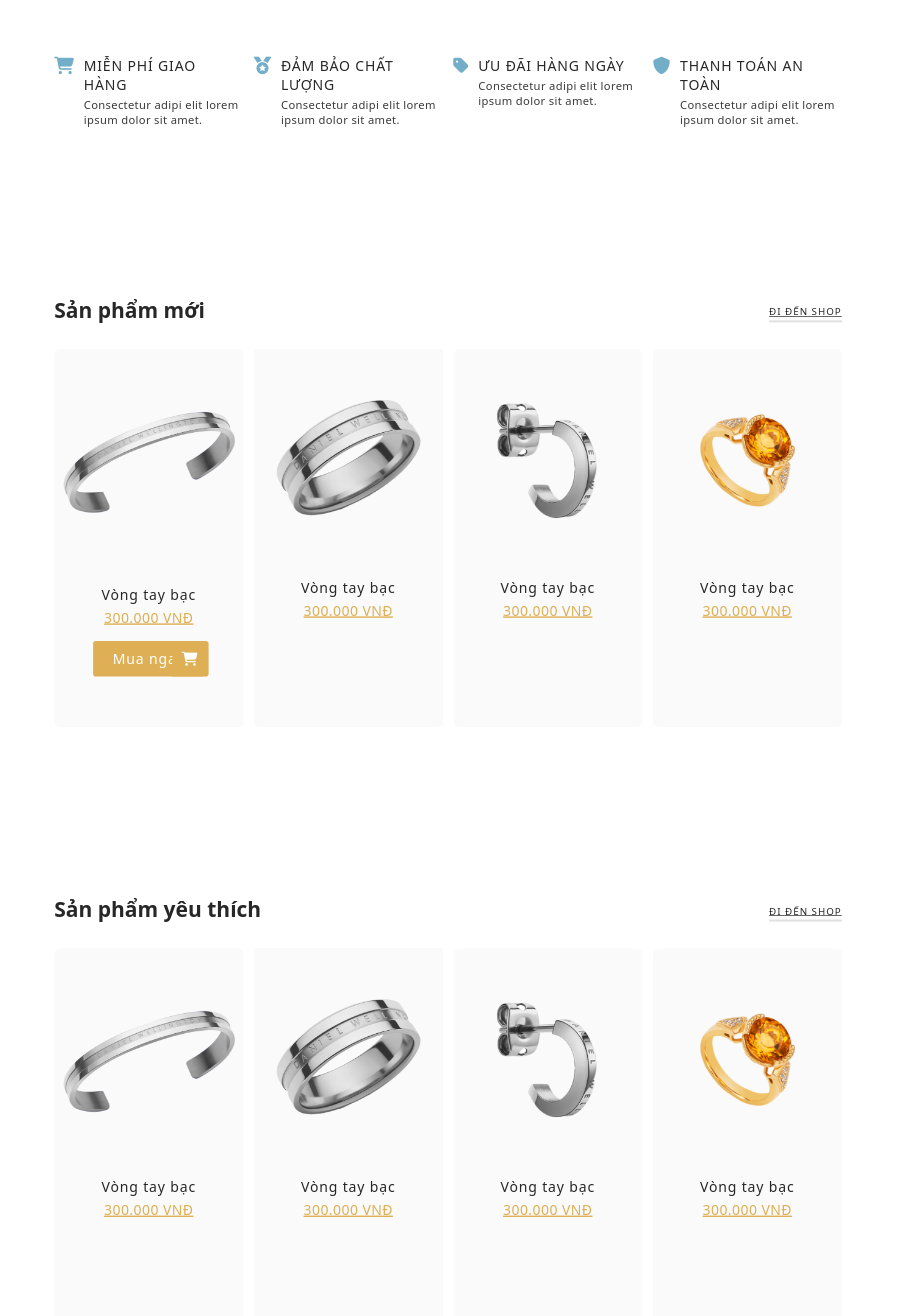
Repository: CangNgo/shoptrangsuc.github.io
Page: index.html
The author's editor kept a copy of each file at every save. The page is drawn from the files as they stood at one save, then again after a run of saves.
The browser window is 1280 px wide. The page is 1288 px wide, so the pictures cover 1288 px, including what lies to the right of the window. The pictures show the part of the page from y = 762 to 2642 px (the page is 5591 px tall), at 70% of full size.

Above is the page before, as saved 2024-01-11 18:16:40.

### index.html
<!DOCTYPE html>
<html lang="en">

<head>
    <meta charset="UTF-8">
    <meta name="viewport" content="width=device-width, initial-scale=1.0">
    <link rel="stylesheet" href="asset/css/style.css">
    <link rel="stylesheet" href="asset/css/layout.css">
    <link rel="stylesheet" href="asset/fontawesome-free-6.2.1-web/fontawesome-free-6.2.1-web/css/all.min.css">
    <link href="https://cdn.jsdelivr.net/npm/bootstrap@5.3.2/dist/css/bootstrap.min.css" rel="stylesheet" integrity="sha384-T3c6CoIi6uLrA9TneNEoa7RxnatzjcDSCmG1MXxSR1GAsXEV/Dwwykc2MPK8M2HN" crossorigin="anonymous">

    <title>Serein shop trang sức</title>
</head>

<body>
    <main>
        <header>
            <div class="grid wide">
                <div class="header__main">
                    <div class="logo">
                        <img src="asset/img/logo.png" alt="">
                    </div>
                    <div class="nav">
                        <div class="navbar">
                            <ul>
                                <li><a href="#">Home</a></li>
                                <li><a href="shop.html">Shop</a></li>
                                <li><a href="#">About</a></li>
                                <li><a href="#">Blogs</a></li>
                                <li><a href="#">Contact</a></li>
                            </ul>
                        </div>
                        <div class="right__icons">
                            <div class="right__icon-item">
                                <i class="fa-solid fa-magnifying-glass"></i>
                            </div>
                            <div class="right__icon-item">
                                <i class="fa-solid fa-user"></i>
                            </div>
                            <div class="right__icon-item">
                                <i class="fa-solid fa-cart-shopping"></i>
                                <span>(0)</span>
                            </div>
                        </div>
                    </div>
                </div>
            </div>
        </header>
        <div class="banner">
            <div class="grid wide">
                <div class="row">
                    <div class="col l-6">
                        <div class="banner__left">
                            <h3>Bộ sưu tập</h3>
                            <h2>Dấu ấn</h2>
                            <span>Mỗi chúng ta là một cá thể độc nhất trên thế giới, vậy nên, hãy thoải mái sáng tạo
                                theo cách riêng của bạn. Dù ở bất kỳ phiên bản nào, Serein Jewelry luôn đồng hành cùng
                                bạn ghi lại “DẤU ẤN” riêng bạn.</span>
                        </div>
                    </div>
                    <div class="col l-6 ">
                        <div class="banner__right">
                            <div class="banner__right-btn">
                                <i class="fa-solid fa-chevron-left"></i>
                            </div>
                            <div class="banner-right-img">
                                <img src="asset/img/vong-bac-banner.png" alt="">
                            </div>
                            <div class="banner__right-btn">
                                <i class="fa-solid fa-chevron-right"></i>
                            </div>
                        </div>
                    </div>
                </div>
                <div class="row banner__bottom">
                    <div class="col l-6">
                        <form class="banner-bottom-left">
                            <button type="submit" name="">Mua ngay</button>
                        </form>
                    </div>
                    <div class="col l-6">
                        <div class="banner-bottom-right">
                            <div class="banner-bottom-color">
                                <div class="banner-bottom-color-item gold"></div>
                                <div class="banner-bottom-color-item white"></div>
                            </div>
                            <div class="banner-bottom-play">
                                <i class="fa-solid fa-circle-play"></i>
                            </div>
                        </div>
                    </div>
                </div>
            </div>
        </div>
        <section class="features container">
            <div class="grid wide">
                <div class="row">
                    <div class="col l-3">
                        <div class="features-item">
                            <div class="features-icon">
                                <i class="fa-solid fa-cart-shopping"></i>
                            </div>
                            <div class="feeatures-items">
                                <h4>Miễn phí giao hàng</h4>
                                <span>Consectetur adipi elit lorem ipsum dolor sit amet.</span>
                            </div>
                        </div>
                    </div>
                    <div class="col l-3">
                        <div class="features-item">
                            <div class="features-icon">
                                <i class="fa-solid fa-medal"></i>
                            </div>
                            <div class="feeatures-items">
                                <h4>Đảm bảo chất lượng</h4>
                                <span>Consectetur adipi elit lorem ipsum dolor sit amet.</span>
                            </div>
                        </div>
                    </div>
                    <div class="col l-3">
                        <div class="features-item">
                            <div class="features-icon">
                                <i class="fa-solid fa-tag"></i>
                            </div>
                            <div class="feeatures-items">
                                <h4>Ưu đãi hàng ngày</h4>
                                <span>Consectetur adipi elit lorem ipsum dolor sit amet.</span>
                            </div>
                        </div>
                    </div>
                    <div class="col l-3">
                        <div class="features-item">
                            <div class="features-icon">
                                <i class="fa-solid fa-shield"></i>
                            </div>
                            <div class="feeatures-items">
                                <h4>Thanh toán an toàn</h4>
                                <span>Consectetur adipi elit lorem ipsum dolor sit amet.</span>
                            </div>
                        </div>
                    </div>
                </div>
            </div>
        </section>
        <section class="product container">
            <div class="grid wide">
                <div class="product-section">
                    <h3>Sản phẩm mới</h3>
                    <span><a href="#">Đi đến shop</a></span>
                </div>
                <div class="row">
                    <form class="col l-3">
                        <div class="product-item">
                            <div class="product-top">
                                <div class="product-item-img">
                                    <img src="asset/img/vong-bac.png" alt="Vòng tay bạc">
                                </div>
                            </div>
                            <div class="product-bottom">
                                <div class="product-item-bottom">
                                    <div class="product-item-name">Vòng tay bạc</div>
                                    <div class="product-item-price"><a href="#">300.000 VNĐ</a></div>
                                </div>
                                <div class="buy-product" style="position: relative;">
                                    <button name="buy_product">Mua ngay</button>
                                    <button class="buy-product-item" name="cart_product"><i class="fa-solid fa-cart-shopping"></i></button>
                                </div>
                            </div>
                        </div>
                    </form>
                    <div class="col l-3">
                        <div class="product-item">
                            <div class="product-item-img">
                                <img src="asset/img/nhan-bac.png" alt="Vòng tay bạc">
                            </div>
                            <div class="product-item-bottom">
                                <div class="product-item-name">Vòng tay bạc</div>
                                <div class="product-item-price"><a href="#">300.000 VNĐ</a></div>
                            </div>
                        </div>
                    </div>
                    <div class="col l-3">
                        <div class="product-item">
                            <div class="product-item-img">
                                <img src="asset/img/bong-tai-bac.png" alt="Vòng tay bạc">
                            </div>
                            <div class="product-item-bottom">
                                <div class="product-item-name">Vòng tay bạc</div>
                                <div class="product-item-price"><a href="#">300.000 VNĐ</a></div>
                            </div>
                        </div>
                    </div>
                    <div class="col l-3">
                        <div class="product-item">
                            <div class="product-item-img">
                                <img src="asset/img/nhan-vang.png" alt="Vòng tay bạc">
                            </div>
                            <div class="product-item-bottom">
                                <div class="product-item-name">Vòng tay bạc</div>
                                <div class="product-item-price"><a href="#">300.000 VNĐ</a></div>
                            </div>
                        </div>
                    </div>
                </div>
            </div>
        </section>
        <section class="product container">
            <div class="grid wide">
                <div class="product-section">
                    <h3>Sản phẩm yêu thích</h3>
                    <span><a href="#">Đi đến shop</a></span>
                </div>
                <div class="row">
                    <div class="col l-3">
                        <div class="product-item">
                            <div class="product-item-img">
                                <img src="asset/img/vong-bac.png" alt="Vòng tay bạc">
                            </div>
                            <div class="product-item-bottom">
                                <div class="product-item-name">Vòng tay bạc</div>
                                <div class="product-item-price"><a href="#">300.000 VNĐ</a></div>
                            </div>
                        </div>
                    </div>
                    <div class="col l-3">
                        <div class="product-item">
                            <div class="product-item-img">
                                <img src="asset/img/nhan-bac.png" alt="Vòng tay bạc">
                            </div>
                            <div class="product-item-bottom">
                                <div class="product-item-name">Vòng tay bạc</div>
                                <div class="product-item-price"><a href="#">300.000 VNĐ</a></div>
                            </div>
                        </div>
                    </div>
                    <div class="col l-3">
                        <div class="product-item">
                            <div class="product-item-img">
                                <img src="asset/img/bong-tai-bac.png" alt="Vòng tay bạc">
                            </div>
                            <div class="product-item-bottom">
                                <div class="product-item-name">Vòng tay bạc</div>
                                <div class="product-item-price"><a href="#">300.000 VNĐ</a></div>
                            </div>
                        </div>
                    </div>
                    <div class="col l-3 m-12 c-12">
                        <div class="product-item">
                            <div class="product-item-img">
                                <img src="asset/img/nhan-vang.png" alt="Vòng tay bạc">
                            </div>
                            <div class="product-item-bottom">
                                <div class="product-item-name">Vòng tay bạc</div>
                                <div class="product-item-price"><a href="#">300.000 VNĐ</a></div>
                            </div>
                        </div>
                    </div>
                </div>
            </div>
        </section>
        <section class="posts product container">
            <div class="grid wide">
                <div class="product-section">
                    <h3>Bài viết mới</h3>
                    <span><a href="#">Đi đến blog</a></span>
                </div>
                <div class="row">
                    <div class="col l-4">
                        <div class="posts-item">
                            <div class="post-item-img"><img src="asset/img/post1.png" alt=""></div>
                            <div class="post-item-datetime">feb 22, 2023 - Gadgets</div>
                            <div class="post-item-name">Get some cool gadgets in 2023</div>
                        </div>
                    </div>
                    <div class="col l-4">
                        <div class="posts-item">
                            <div class="post-item-img"><img src="asset/img/post2.png" alt=""></div>
                            <div class="post-item-datetime">feb 22, 2023 - technology</div>
                            <div class="post-item-name">TECHNOLOGY HACK YOU WON’T GET</div>
                        </div>
                    </div>
                    <div class="col l-4">
                        <div class="posts-item">
                            <div class="post-item-img"><img src="asset/img/post3.png" alt=""></div>
                            <div class="post-item-datetime">feb 22, 2023 - camera</div>
                            <div class="post-item-name">toP 10 SMALL cAMERA IN THE WORLD</div>
                        </div>
                    </div>
                </div>
            </div>
        </section>
        <section class="coutdown container">
            <div class="grid wide">
                <div class="coutdown-content">
                    <h3>Đăng ký ngay để sở hữu BST "Dấu ấn"</h3>
                    <div class="coutdown-content-bottom">
                        <span>Vì “Dấu ấn” là BST độc nhất cho mỗi khách hàng, nên chúng tôi chỉ mở bán với số lượng giới
                            hạn.
                            Đặc biệt, khi mua hàng càng sớm bạn sẽ nhận được nhiều ưu đãi đặc biệt từ Serein Jewelry.
                        </span>
                        <button name="buy_submit">Mua ngay</button>
                    </div>
                </div>
                <div class="coutdown-olock">
                    <div class="coutdown-olock-item">
                        <div class="coutdown-olock-item-hour">0</div>
                        <div class="coutdown-olock-item-day">Ngày</div>
                    </div>
                    <div class="coutdown-olock-item">
                        <div class="coutdown-olock-item-hour">7</div>
                        <div class="coutdown-olock-item-day">Giờ</div>
                    </div>
                    <div class="coutdown-olock-item">
                        <div class="coutdown-olock-item-hour">23</div>
                        <div class="coutdown-olock-item-day">Phút</div>
                    </div>
                    <div class="coutdown-olock-item">
                        <div class="coutdown-olock-item-hour">49</div>
                        <div class="coutdown-olock-item-day">Giây</div>
                    </div>
                </div>
            </div>
        </section>
        <section class="form-register container">
            <div class="grid wide">
                <div class="form-register-main">
                    <div class="form-register-content">
                        <h3>Đăng ký ngay</h3>
                        <span>Đăng ký để nhận được khuyến mãi</span>
                    </div>
                    <div class="form-register-input">
                        <input type="text" placeholder="Nhập email">
                        <button>Đăng ký</button>
                    </div>
                </div>
            </div>
        </section>
        <section class="testimony container">
            <div class="grid wide">
                <div class="testimony-main">
                    <div class="testimony-icon">
                        <img src="asset/img/testimony-icon.png" alt="">
                    </div>
                    <div class="testimony-content">
                        <div class="testimony-button-left">
                            <i class="fa-solid fa-chevron-left"></i>
                        </div>
                        <div class="testimony-content-said">
                            “Tempus oncu enim pellen tesque este pretium in neque, elit morbi sagittis lorem habi mattis
                            Pellen tesque pretium feugiat vel morbi suspen dise sagittis lorem habi tasse morbi.”
                        </div>
                        <div class="testimony-button-right">
                            <i class="fa-solid fa-chevron-right"></i>
                        </div>
                    </div>
                    <div class="testimony-star">
                        <div class="testimony-star-items">
                            <div class="testimony-star-item">
                                <i class="fa-solid fa-star"></i>
                            </div>
                            <div class="testimony-star-item">
                                <i class="fa-solid fa-star"></i>
                            </div>
                            <div class="testimony-star-item">
                                <i class="fa-solid fa-star"></i>
                            </div>
                            <div class="testimony-star-item">
                                <i class="fa-solid fa-star"></i>
                            </div>
                            <div class="testimony-star-item">
                                <i class="fa-solid fa-star"></i>
                            </div>
                        </div>
                        <div class="testtimony-star-name">
                            Emma Chamberlin
                        </div>
                    </div>
                </div>
            </div>
        </section>
        <div class="evaluate container">
            <div class="grid wide">
                <h3>Khách hàng nói về BST "Dấu ấn"</h3>
                <div class="row">
                    <div class="col l-4"></div>
                    <div class="col l-4"></div>
                    <div class="col l-4"></div>
                </div>
            </div>
        </div>
    </main>
</body>

</html>

Loaded but not shown: asset/fontawesome-free-6.2.1-web/fontawesome-free-6.2.1-web/css/all.min.css (library); asset/css/style.css (801 lines, source omitted); asset/css/layout.css (245 lines, source omitted)

After the next 4 saves:
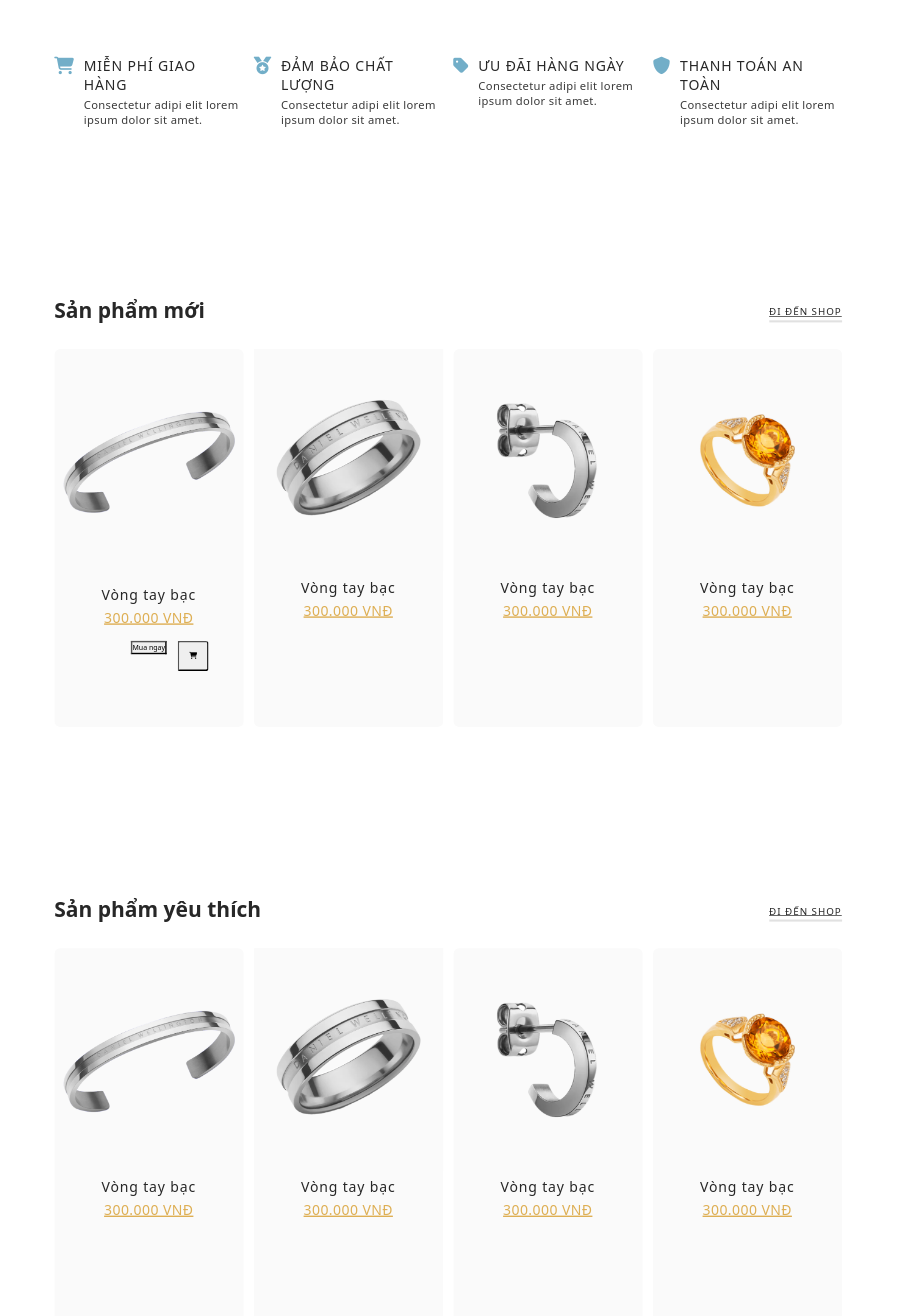
The 4 saves are shown as one change because they came seconds apart.
The last was saved 26 s later.
--- a/index.html
+++ b/index.html
@@ -162,8 +162,10 @@
                                     <div class="product-item-price"><a href="#">300.000 VNĐ</a></div>
                                 </div>
                                 <div class="buy-product" style="position: relative;">
-                                    <button name="buy_product">Mua ngay</button>
-                                    <button class="buy-product-item" name="cart_product"><i class="fa-solid fa-cart-shopping"></i></button>
+                                    <div>
+                                        <button name="buy_product">Mua ngay</button>
+                                        <button class="buy-product-item" name="cart_product"><i class="fa-solid fa-cart-shopping"></i></button>
+                                    </div>
                                 </div>
                             </div>
                         </div>
